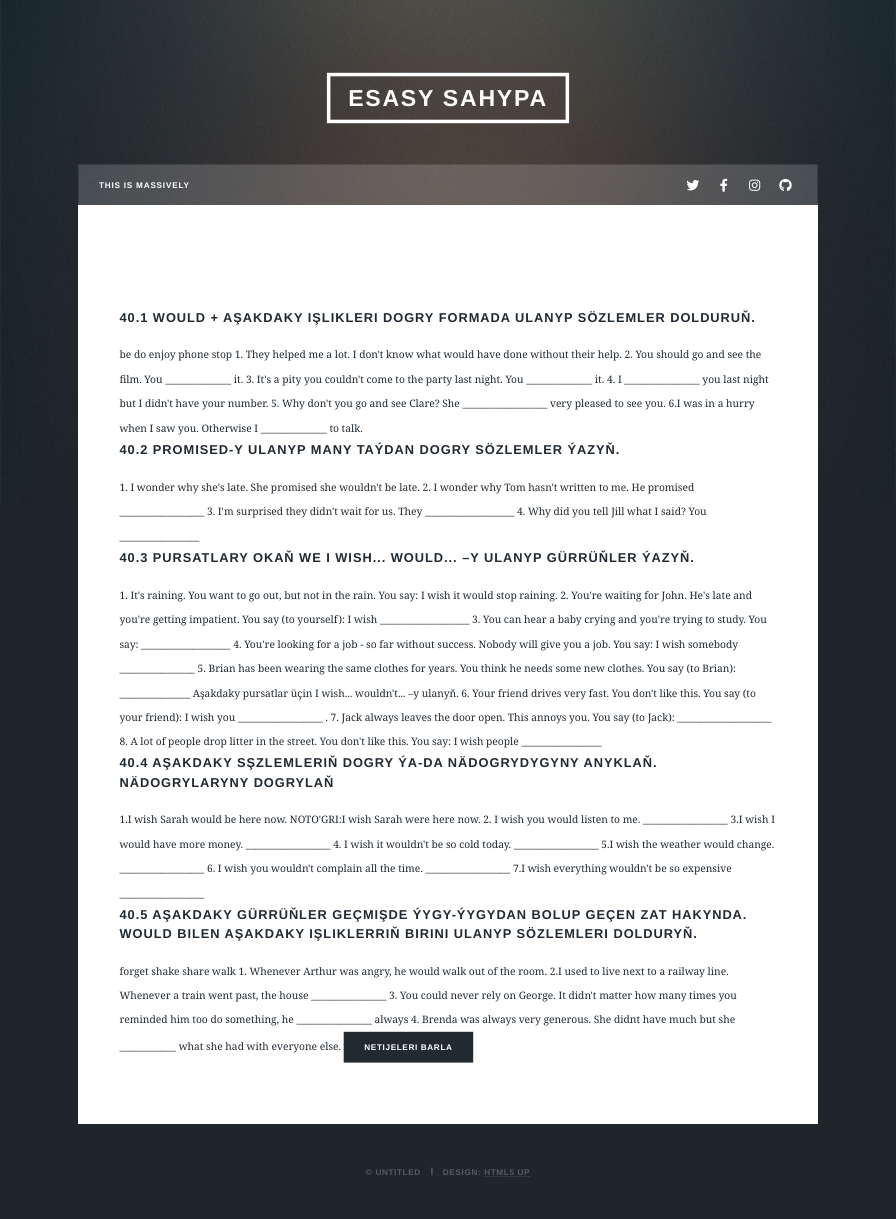
Repository: Sahet-dev/English-grammar-app
Page: test/test_unit _40.html
An editor plug-in stored every save of this project. The page is shown before and after the next save, followed by the edit.
The browser window is 1280 px wide. The pictures show the part of the page from y = 0 to 1920 px (the page is 1741 px tall before and 2926 px after), at 70% of full size.
Some web fonts or font styles are not loaded; a fallback is used.

Above is the page before, as saved 2022-06-24 17:22:59.

After the next save:
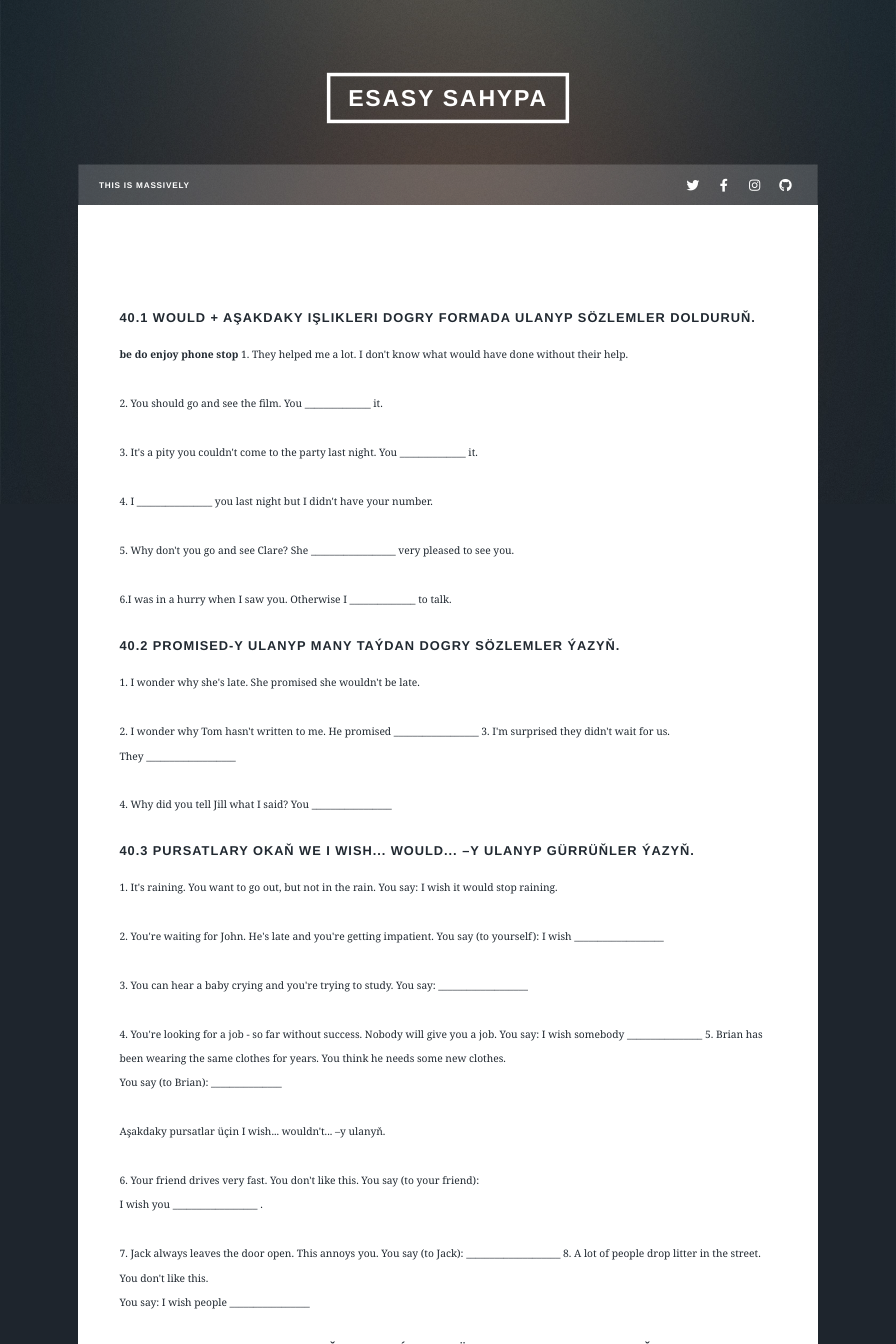
Saved 2 min 31 s later.
--- a/test/test_unit _40.html
+++ b/test/test_unit _40.html
@@ -60,98 +60,98 @@
 
 															Would + aşakdaky işlikleri dogry formada ulanyp sözlemler dolduruň.</h3>
 
-															be do enjoy phone stop
+															<b> be do enjoy phone stop</b>
 
 															1. They helped me a lot. I don't know what would have done without their help.
-
+															<br><br>
 															2. You should go and see the film. You  ______________ it.
-
+															<br><br>
 															3. It's a pity you couldn't come to the party last
 															night. You ______________ it.
-
+															<br><br>
 															4. I ________________ you last night but I didn't have your
 															number.
-
+															<br><br>
 															5. Why don't you go and see Clare? She __________________
 															very pleased to see you.
-
+															<br><br>
 															6.I was in a hurry when I saw you. Otherwise I ______________ to talk.
-
+															<br><br>
 														<h3>40.2
 
 															Promised-y ulanyp many taýdan dogry sözlemler ýazyň.</h3>
 
 															1. I wonder why she's late. She promised she wouldn't be late.
-
+															<br><br>
 															2. I wonder why Tom hasn't written to me. He promised __________________
 
-															3. I'm surprised they didn't wait for us.
+															3. I'm surprised they didn't wait for us.<br>
 															They ___________________
-
+															<br><br>
 															4. Why did you tell Jill what I said? You _________________
-
+															<br><br>
 														<h3>40.3
 
 															Pursatlary okaň we  I wish... would... –y ulanyp gürrüňler ýazyň.</h3>
 
 															1. It's raining. You want to go out, but not in the
 															rain. You say: I wish it would stop raining.
-
+															<br><br>
 															2. You're waiting for John. He's late and you're
 															getting impatient. You say (to yourself): I
 															wish ___________________
-
+															<br><br>
 															3. You can hear a baby crying and you're trying
 															to study. You say: ___________________
-
+															<br><br>
 															4. You're looking for a job - so far without
 															success. Nobody will give you a job. You say: I
 															wish somebody ________________
 
 															5. Brian has been wearing the same clothes for
-															years. You think he needs some new clothes.
+															years. You think he needs some new clothes.<br>
 															You say (to Brian): _______________
-
+															<br><br>
 															Aşakdaky pursatlar üçin I wish... wouldn't... –y ulanyň.
-
+															<br><br>
 															6. Your friend drives very fast. You don't
-															like this. You say (to your friend): I wish you __________________ .
-
+															like this. You say (to your friend):<br> I wish you __________________ .
+															<br><br>
 															7. Jack always leaves the door open. This
 															annoys you. You say (to Jack): ____________________
 
 															8. A lot of people drop litter in the street. You
-															don't like this. You say: I wish people _________________
-
+															don't like this.<br> You say: I wish people _________________
+															<br><br>
 														<h3>40.4
 
 															Aşakdaky sşzlemleriň dogry ýa-da nädogrydygyny anyklaň. Nädogrylaryny dogrylaň</h3>
 
 															1.I wish Sarah would be here now. NOTO'GRI:I wish Sarah were here now.
-
+															<br><br>
 															2. I wish you would listen to me. __________________
-
+															<br><br>
 															3.I wish I would have more money. __________________
-
+															<br><br>
 															4. I wish it wouldn't be so cold today. __________________
-
+															<br><br>
 
 															5.I wish the weather would change. __________________
-
+															<br><br>
 															6. I wish you wouldn't complain all the time. __________________
-
+															<br><br>
 															7.I wish everything wouldn't be so
 															expensive __________________
-
+															<br><br>
 
 														<h3>40.5
 
 															Aşakdaky gürrüňler geçmişde ýygy-ýygydan bolup geçen zat hakynda.
 															Would bilen aşakdaky işliklerriň birini ulanyp sözlemleri dolduryň.</h3>
 
-
+															<b>
 															forget shake share walk
-
+																</b>
 															1. Whenever Arthur was angry, he would walk out of the room.
 
 															2.I used to live next to a railway line. Whenever
